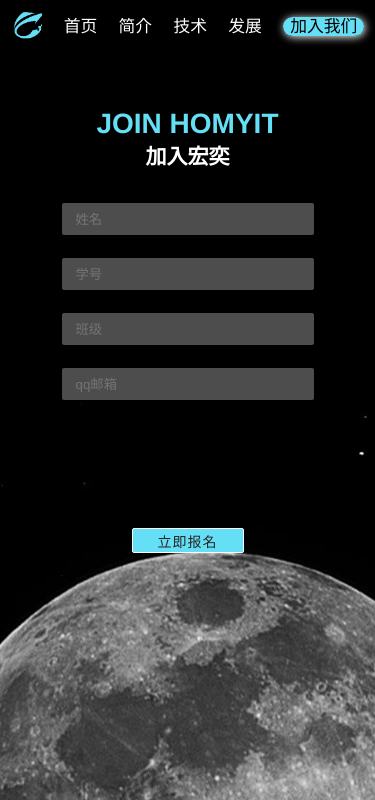
Repository: Homyit20/website
Page: /#/login
These files come from the project's save history. The page is drawn as it stood at one moment and after the next save; the edit follows.
The browser window is 375 px wide. The pictures show the whole page.
The project was rebuilt for these pictures with package versions that can differ from the ones it lists, and the page was loaded fresh each time. Also part of the build but not shown: vue.config.js.

Above is the page before, as saved 2021-08-11 10:30:02.

After the next save:
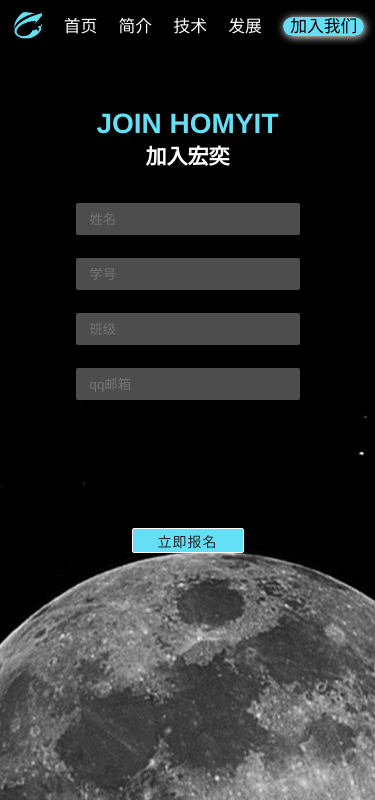
Saved 56 s later.
--- a/src/components/content/loginform.vue
+++ b/src/components/content/loginform.vue
@@ -216,16 +216,16 @@ export default {
     flex-direction: column;
     flex-wrap: wrap;
     align-items: center;
-    width: 18rem;
+    width: 16rem;
     height: 15rem;
     margin-top: 2rem;
   }
   .login-form .login-input {
-    width: 18rem;
+    width: 16rem;
     height: 3rem;
   }
   .login-form .login-main-form input[type="text"] {
-    width: 18rem;
+    width: 16rem;
     margin-bottom: 0;
   }
   .login-form .login-main-form textarea {
